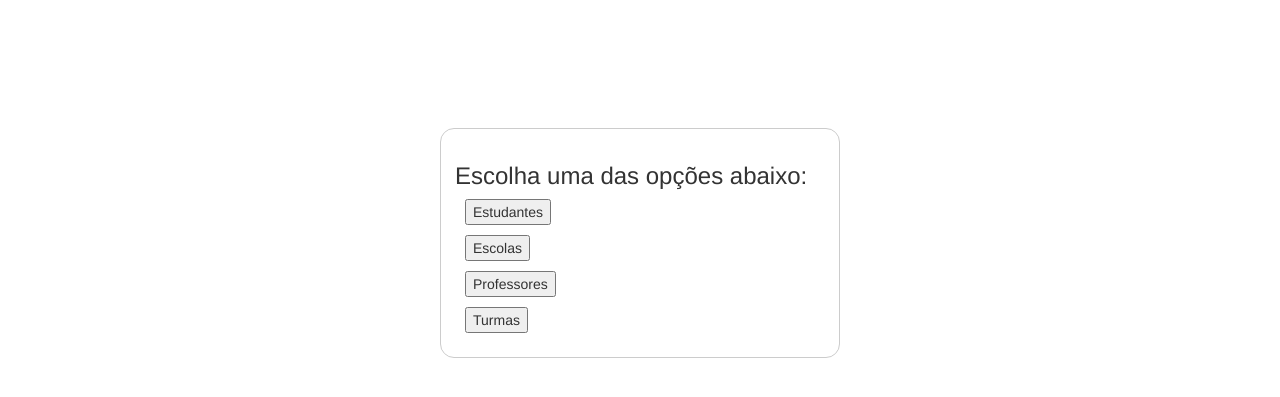
Repository: ipti/br.tag.webservice
Page: http://localhost/Restful-API-TAG/
These files come from the project's save history. The page is drawn as it stood at one moment and after the next save; the edit follows.
The browser window is 1280 px wide. The pictures show the whole page.
The page is served by Tomcat 9.

Above is the page before, as saved 2016-04-27 13:11:19.

After the next save:
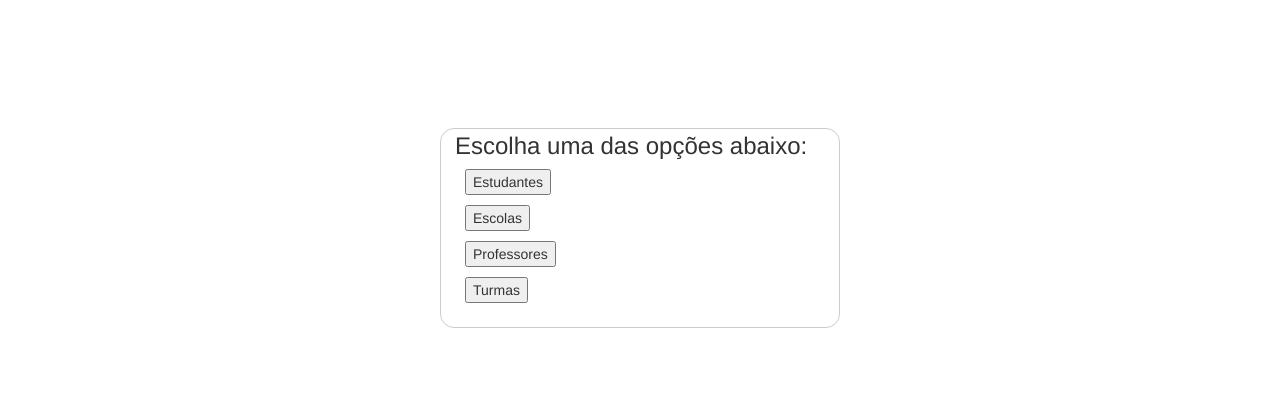
Saved 36 s later.
--- a/Restful-API-TAG/WebContent/index.jsp
+++ b/Restful-API-TAG/WebContent/index.jsp
@@ -11,7 +11,7 @@
 <body>
 
 	<div id="mainDiv">
-		<h3>Escolha uma das opções abaixo:</h3>
+		<h3 id="titleH3">Escolha uma das opções abaixo:</h3>
 
 		<div id="btnStudents">
 			<input type="submit" id="students" value="Estudantes"/>
